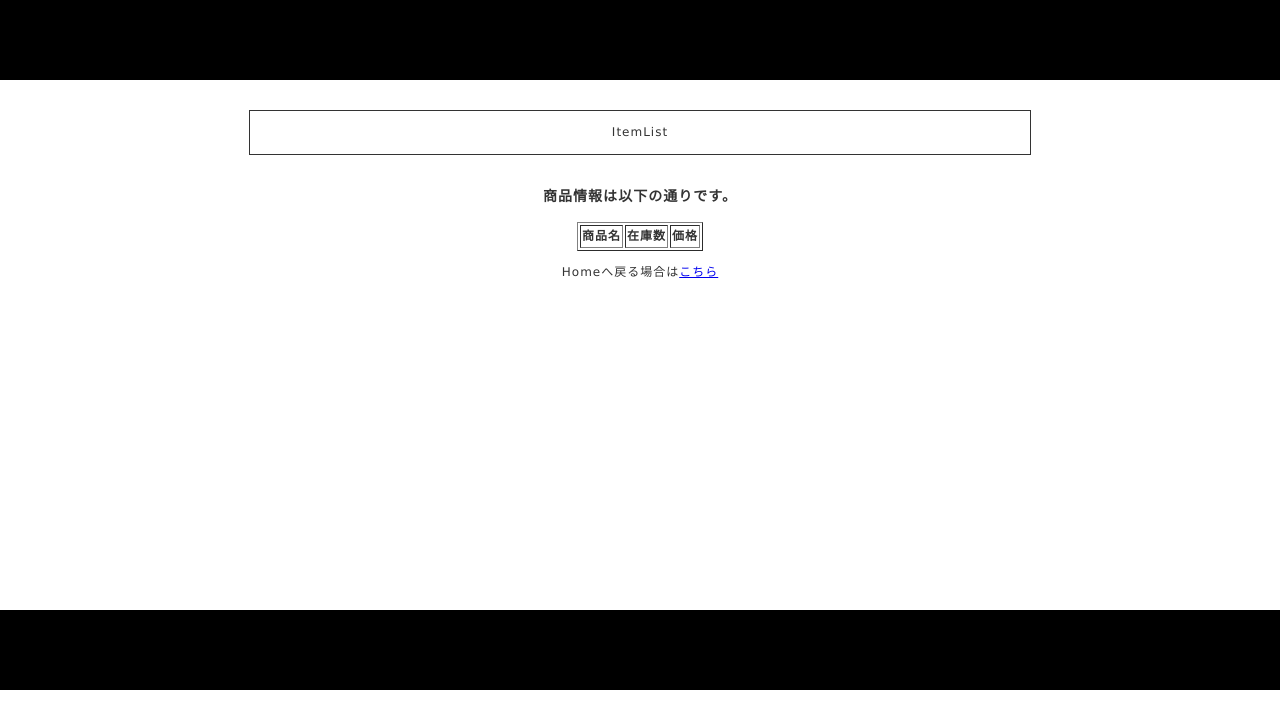
Repository: user-yo-yo/test
Page: http://localhost/ecsite/itemList.jsp
The author's editor kept a copy of each file at every save. The page is drawn from the files as they stood at one save, then again after a run of saves.
The browser window is 1280 px wide. The pictures show the whole page.
The page is served by Tomcat 9. Other server files are loaded and not shown.

Above is the page before, as saved 2019-03-14 06:30:02.

### ecsite/WebContent/itemList.jsp
<%@ page language="java" contentType="text/html; charset=UTF-8"
    pageEncoding="UTF-8"%>
<%@ taglib prefix="s" uri="/struts-tags"%>
<!DOCTYPE html>
<html>
<head>
<meta http-equiv="Content-Type" content="text/html; charset=UTF-8" />
<meta http-equiv="Content-Style-Type" content="text/css" />
<meta http-equiv="Content-Script-Type" content="text/javascript" />
<meta http-equiv="imagetoolbar" content="no" />
<meta name="description" content="" />
<meta name="keywords" content="" />
<title>ItemList画面</title>

<style type="text/css">
/* ========TAG LAYOUT======== */
body{
	margin:0;
	padding:0;
	line-height:1.6;
	letter-spacing:1px;
	font-family:Verdana,Helvetica,sans-serif;
	font-size:12px;
	color:#333;
	background:#fff;
}

table{
	text-align:center;
	margin:0 auto;
}

/* ========ID LAYOUT======== */
#top{
	width:780px;
	margin:30px auto;
	border:1px solid #333;
}

#header{
	width:100%;
	height:80px;
	background-color:black;
}

#main{
	width:100%;
	height:500px;
	text-align:center;
}

#footer{
	width:100%;
	height:80px;
	background-color:black;
	clear:both;
}

#text-center{
	display:inline-block;
	text-align:center;
}

</style>

</head>
<body>
	<div id="header">
		<div id="pr">
		</div>
	</div>

	<div id="main">
		<div id="top">
			<p>ItemList</p>
		</div>
		<div>
<%-- 			<s:if test="itemList == null"> --%>
<!-- 				<h3>商品はありません。</h3> -->
<%-- 			</s:if> --%>
<%-- 			<s:elseif test="message == bull"> --%>
				<h3>商品情報は以下の通りです。</h3>
				<table border="1">
					<tr>
						<th>商品名</th>
						<th>在庫数</th>
						<th>価格</th>
					</tr>
					<s:iterator value="#session.itemListDTOList">
						<tr>
							<td><s:property value="item_Name"/></td>
							<td><s:property value="item_stock"/>
								<span>個</span>
							</td>
							<td><s:property value="item_price"/>
								<span>円</span>
							</td>
						</tr>
					</s:iterator>
				</table>
<%-- 				<s:form action="ItemListAction"> --%>
<!-- 					<input type="hidden" name="deleteFlg" value="1"> -->
<%-- 					<s:submit value="削除" method="delete" /> --%>
<%-- 				</s:form> --%>
<%-- 			</s:elseif> --%>
<%-- 			<s:if test="message != bull"> --%>
<%-- 				<h3><s:property value="message" /></h3> --%>
<%-- 			</s:if> --%>
			<div id="text-right">
				<p>Homeへ戻る場合は<a href='<s:url action="GoHomeAction" />'>こちら</a></p>
			</div>
		</div>
	</div>

	<div id="footer">
		<div id="pr">
		</div>
	</div>

</body>
</html>

After the next 2 saves:
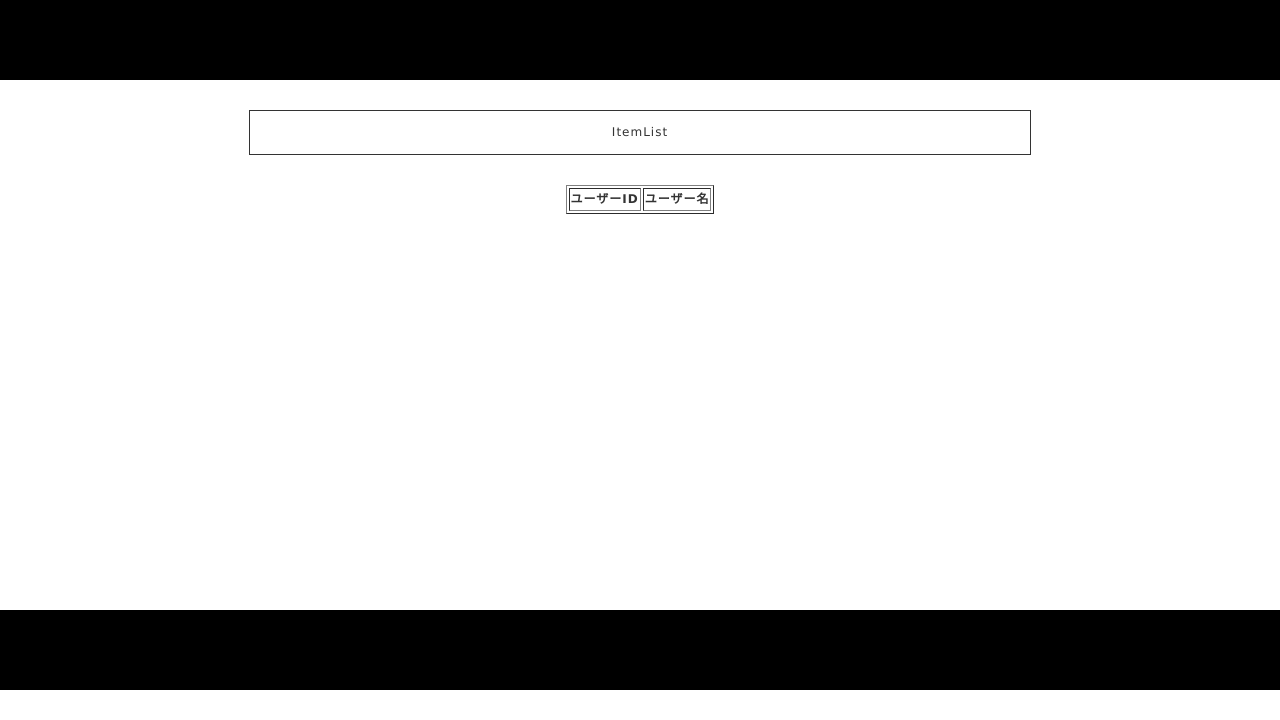
The 2 saves are shown as one change because 1 did not build or start.
The last was saved 3 min 39 s later.
--- a/ecsite/WebContent/itemList.jsp
+++ b/ecsite/WebContent/itemList.jsp
@@ -75,40 +75,18 @@ table{
 			<p>ItemList</p>
 		</div>
 		<div>
-<%-- 			<s:if test="itemList == null"> --%>
-<!-- 				<h3>商品はありません。</h3> -->
-<%-- 			</s:if> --%>
-<%-- 			<s:elseif test="message == bull"> --%>
-				<h3>商品情報は以下の通りです。</h3>
-				<table border="1">
+		<table border="1">
 					<tr>
-						<th>商品名</th>
-						<th>在庫数</th>
-						<th>価格</th>
+						<th>ユーザーID</th>
+						<th>ユーザー名</th>
 					</tr>
-					<s:iterator value="#session.itemListDTOList">
+					<s:iterator value="#session.userListDTOList">
 						<tr>
-							<td><s:property value="item_Name"/></td>
-							<td><s:property value="item_stock"/>
-								<span>個</span>
-							</td>
-							<td><s:property value="item_price"/>
-								<span>円</span>
-							</td>
+							<td><s:property value="userId"/></td>
+							<td><s:property value="userName"/></td>
 						</tr>
 					</s:iterator>
 				</table>
-<%-- 				<s:form action="ItemListAction"> --%>
-<!-- 					<input type="hidden" name="deleteFlg" value="1"> -->
-<%-- 					<s:submit value="削除" method="delete" /> --%>
-<%-- 				</s:form> --%>
-<%-- 			</s:elseif> --%>
-<%-- 			<s:if test="message != bull"> --%>
-<%-- 				<h3><s:property value="message" /></h3> --%>
-<%-- 			</s:if> --%>
-			<div id="text-right">
-				<p>Homeへ戻る場合は<a href='<s:url action="GoHomeAction" />'>こちら</a></p>
-			</div>
 		</div>
 	</div>
 
